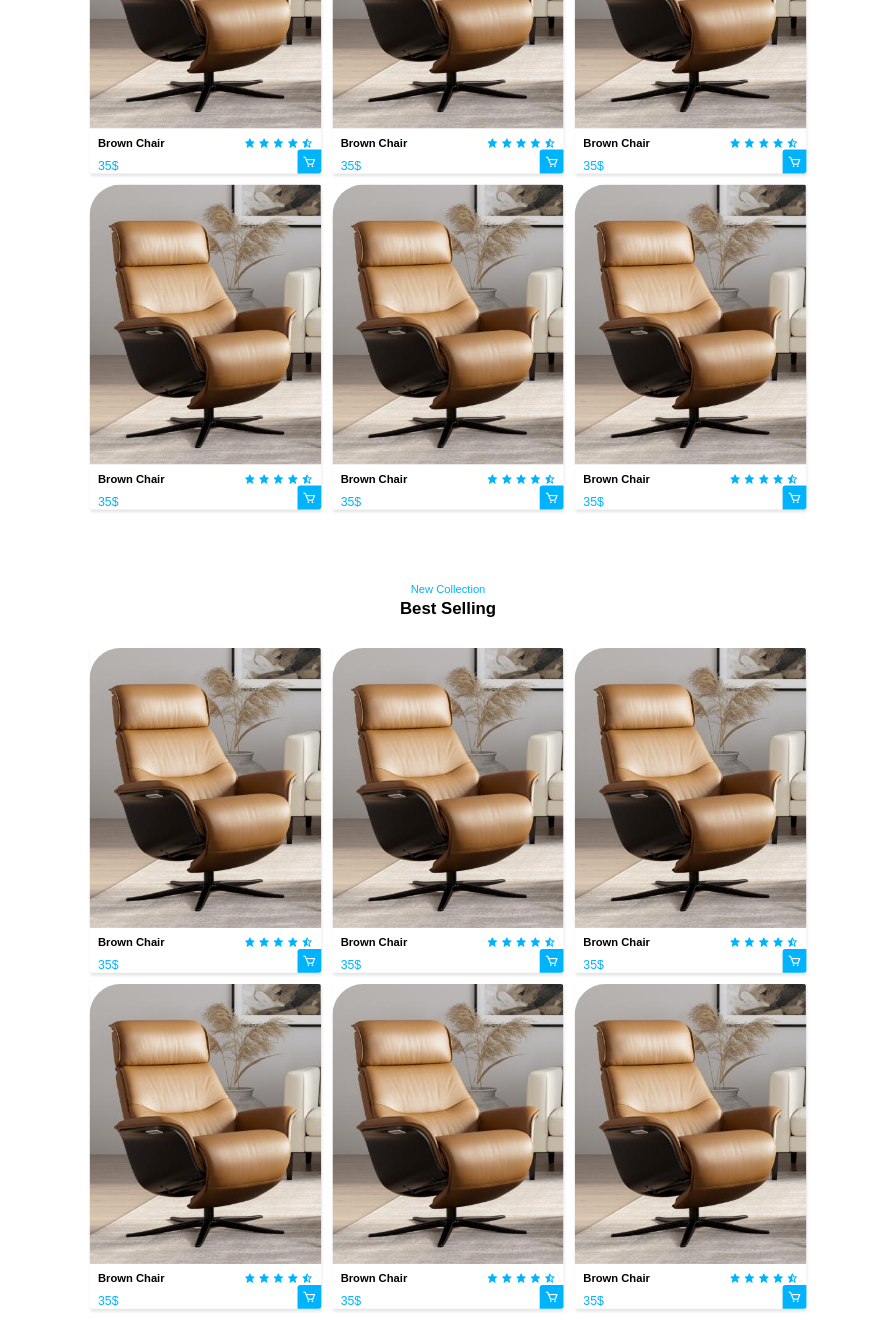
Repository: alishbah7/Choice1
Page: index.html
These files come from the project's save history. The page is drawn as it stood at one moment and after the next save; the edit follows.
The browser window is 1280 px wide. The pictures show the part of the page from y = 1084 to 3004 px (the page is 3004 px tall), at 70% of full size.
Backgrounds fixed to the window are drawn as part of the page.

Above is the page before, as saved 2024-11-24 10:23:00.

After the next save:
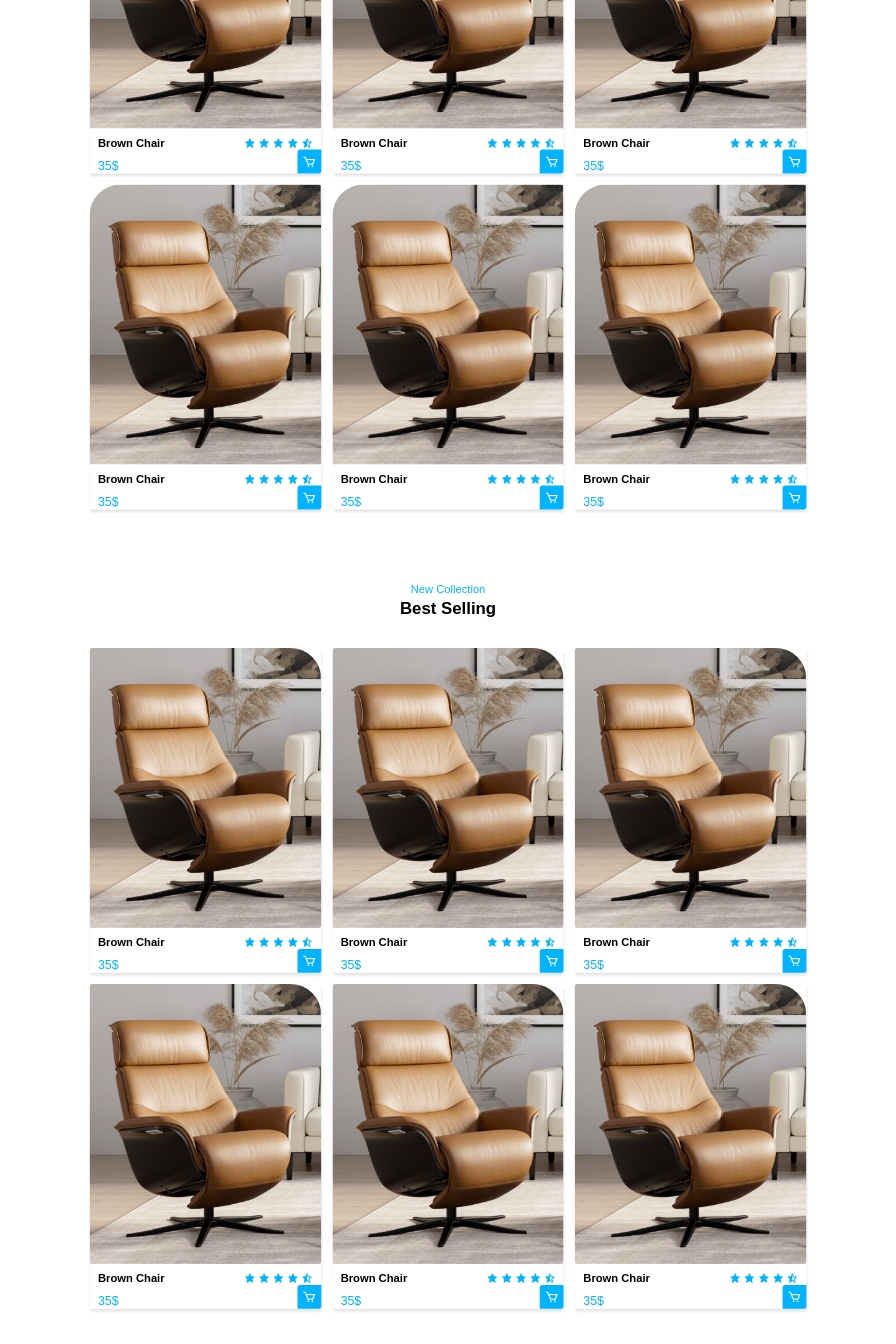
Saved 4 min 9 s later.
--- a/style.css
+++ b/style.css
@@ -193,3 +193,7 @@ header{
 .new-container .box{
     border-radius: 4px;
 }
+
+.new-container .box .box-img{
+    border-radius: 4px 44px 4px 4px;
+}
